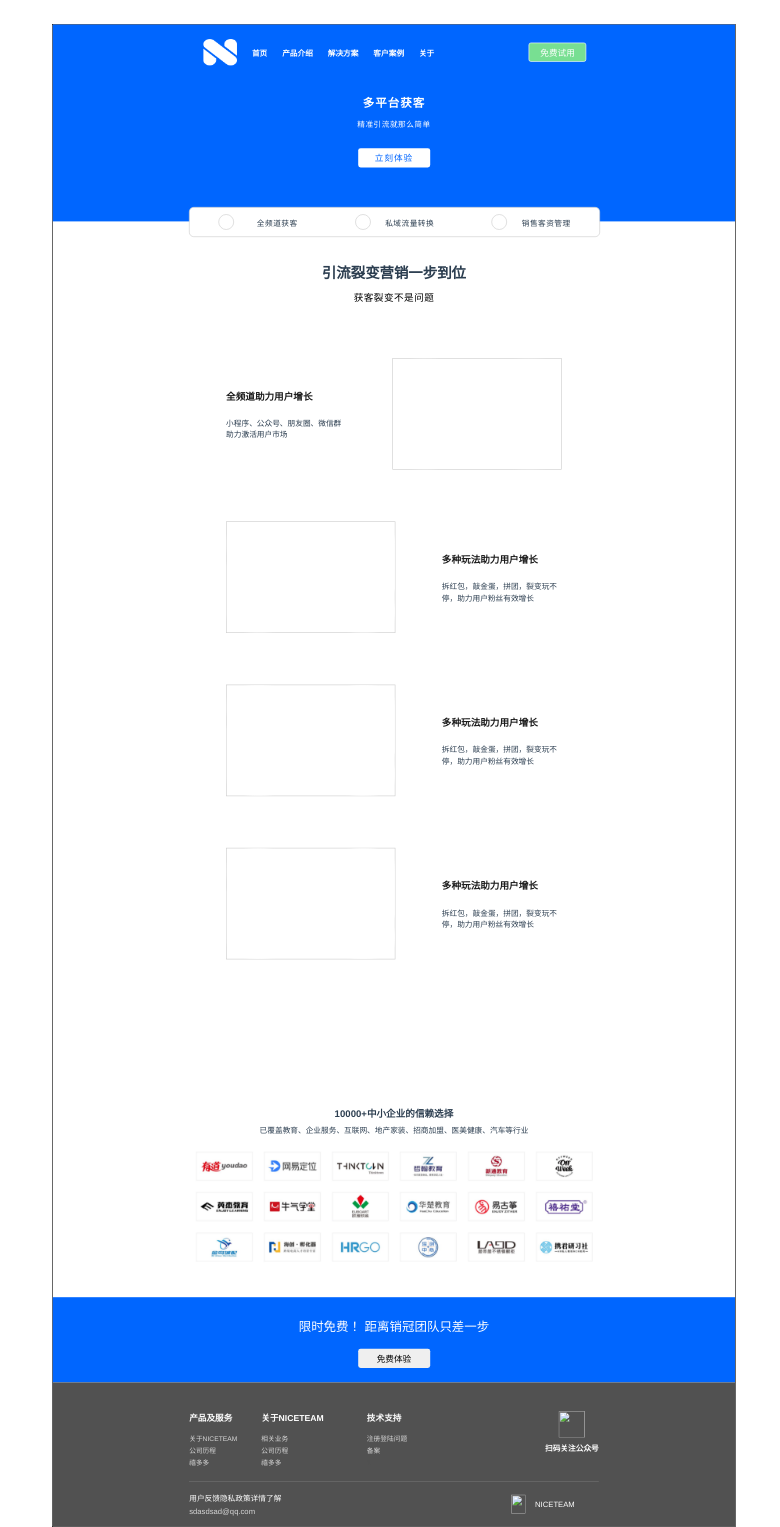
Repository: Alex-2020-0211/xrkj-guanwang
Page: /#/productintroduction (app in src/)
The author's editor kept a copy of each file at every save. The page is drawn from the files as they stood at one save, then again after the next save.
The browser window is 1280 px wide. The page is 1300 px wide, so the pictures cover 1300 px, including what lies to the right of the window. The pictures show the whole page, at 60% of full size.
The project was rebuilt for these pictures with package versions that can differ from the ones it lists, and the page was loaded fresh each time. Also part of the build but not shown: src/src/components/Header.vue, src/src/views/Home.vue.

Above is the page before, as saved 2021-01-07 18:18:37.

### src/public/index.html
<!DOCTYPE html>
<html lang="en">
  <head>
    <meta charset="utf-8">
    <meta http-equiv="X-UA-Compatible" content="IE=edge">
    <meta name="viewport" content="width=device-width,initial-scale=1.0">
    <link rel="icon" href="<%= BASE_URL %>favicon.ico">
    <title><%= htmlWebpackPlugin.options.title %></title>
  </head>
  <body>
    <noscript>
      <strong>We're sorry but <%= htmlWebpackPlugin.options.title %> doesn't work properly without JavaScript enabled. Please enable it to continue.</strong>
    </noscript>
    <div id="app"></div>
    <!-- built files will be auto injected -->
  </body>
  <script>
    (function(){
      var html = document.documentElement;
      function onWindowResize(){
        html.style.fontSize = html.getBoundingClientRect().width / 16 + 'px';
      }
      window.addEventListener('resize',onWindowResize);
      onWindowResize();
    })();
  </script>
</html>

### src/src/main.js
import Vue from 'vue'
import { Image, Carousel, CarouselItem, Popover, Button } from 'element-ui'
import App from './App.vue'
import router from './router'
import store from './store'

import "../src/assets/css/reset.css"

Vue.use( Image )
Vue.use( Carousel )
Vue.use( CarouselItem )
Vue.use( Popover )
Vue.use( Button )

Vue.config.productionTip = false

new Vue({
  router,
  store,
  render: h => h(App)
}).$mount('#app')

### src/src/App.vue
<template>
  <div id="app" v-cloak>
    <router-view />
  </div>
</template>

<style lang="scss">
[v-cloak] {
  display: none !important;
}
html {
  width: 100%;
  height: 100%;
}
body {
  width: 100%;
  height: 100%;
}
#app {
  font-family: Avenir, Helvetica, Arial, sans-serif;
  -webkit-font-smoothing: antialiased;
  -moz-osx-font-smoothing: grayscale;
  text-align: center;
  color: #2c3e50;
  width: 100%;
  height: 100%;
}
</style>

### src/src/router/index.js
import Vue from 'vue'
import VueRouter from 'vue-router'
import Home from '../views/Home.vue'

Vue.use(VueRouter)

const routes = [{
    path: '/',
    name: 'Home',
    component: Home
  },
  {
    path: '/productintroduction',
    name: 'ProductIntroduction',
    component: () => import( /* webpackChunkName: "about" */ '../views/ProductIntroduction.vue')
  },
  {
    path: '/solutions',
    name: 'Solutions',
    component: () => import( /* webpackChunkName: "about" */ '../views/solutions/Solutions.vue'),
  },
  {
    path: '/getcustomer', //以“/”开头的嵌套路径会被当作根路径，所以子路由上不用加“/”;在生成路由时，主路由上的path会被自动添加到子路由之前，所以子路由上的path不用在重新声明主路由上的path了。
    name: 'GetCustomer',
    component: () => import( /* webpackChunkName: "about" */ '../views/solutions/GetCustomer.vue')
  },
  // {
  //   path: '/connect',
  //   name: 'Connect',
  //   component: () => import( /* webpackChunkName: "about" */ '../views/solutions/Connect.vue')
  // },
  {
    path: '/transform',
    name: 'Transform',
    component: () => import( /* webpackChunkName: "about" */ '../views/solutions/Transform.vue')
  },
  {
    path: '/manage',
    name: 'Manage',
    component: () => import( /* webpackChunkName: "about" */ '../views/solutions/Manage.vue')
  },
  {
    path: '/customercase',
    name: 'CustomerCase',
    component: () => import( /* webpackChunkName: "about" */ '../views/CustomerCase.vue')
  },
  {
    path: '/aboutus',
    name: 'AboutUs',
    component: () => import( /* webpackChunkName: "about" */ '../views/AboutUs.vue')
  },
  {
    path: '*',
    name: 'NotFound',
    component: () => import( /* webpackChunkName: "about" */ '../views/NotFound.vue')
  },
]

const router = new VueRouter({
  routes
})

export default router

### src/src/assets/css/reset.css
html {
    overflow-x: auto;
    overflow-y: scroll;
}

body,
dl,
dt,
dd,
ul,
ol,
li,
pre,
form,
fieldset,
input,
p,
blockquote,
th,
td {
    font-weight: 400;
    margin: 0;
    padding: 0;
}

h1,
h2,
h3,
h4,
h4,
h5 {
    margin: 0;
    padding: 0;
}

body {
    background-color: #FFFFFF;
    color: #666666;
    font-family: Helvetica, Arial, sans-serif;
    font-size: 12px;
    padding: 0 10px;
    text-align: left;
}

select {
    font-size: 12px;
}

table {
    border-collapse: collapse;
}

fieldset,
img {
    border: 0 none;
}

fieldset {
    margin: 0;
    padding: 0;
}

fieldset p {
    margin: 0;
    padding: 0 0 0 8px;
}

legend {
    display: none;
}

address,
caption,
em,
strong,
th,
i {
    font-style: normal;
    font-weight: 400;
}

table caption {
    margin-left: -1px;
}

hr {
    border-bottom: 1px solid #FFFFFF;
    border-top: 1px solid #E4E4E4;
    border-width: 1px 0;
    clear: both;
    height: 2px;
    margin: 5px 0;
    overflow: hidden;
}

ol,
ul {
    list-style-image: none;
    list-style-position: outside;
    list-style-type: none;
}

caption,
th {
    text-align: left;
}

q:before,
q:after,
blockquote:before,
blockquote:after {
    content: ””;
}

### src/src/views/ProductIntroduction.vue
<template>
  <div class="productintroduction">
    <div class="border">
      <!-- 头部 -->
      <div class="header">
        <div class="headerTop">
          <p class="bar">
            <img class="logo" src="../assets/img/logo.png" alt />
            <a href="http://localhost:8080/#/">首页</a>
            <a href="http://localhost:8080/#/productintroduction">产品介绍</a>
            <a href="http://localhost:8080/#/solutions">解决方案</a>
            <a href="http://localhost:8080/#/customercase">客户案例</a>
            <a href="http://localhost:8080/#/aboutus">关于</a>
          </p>
          <button class="mianfei">免费试用</button>
        </div>
        <div class="headerMain">
          <div class="theme">
            <dl>
              <dt>多平台获客</dt>
              <dd>精准引流就那么简单</dd>
            </dl>
            <button class="knowMore" @click="goAbout()">立刻体验</button>
          </div>
        </div>
      </div>
      <!-- 导航 -->
      <div class="nav">
        <div class="nav-item">
          <p class="nav-circle"></p>
          <span>全频道获客</span>
        </div>
        <div class="nav-item">
          <p class="nav-circle"></p>
          <span>私域流量转换</span>
        </div>
        <div class="nav-item">
          <p class="nav-circle"></p>
          <span>销售客资管理</span>
        </div>
      </div>
      <!-- OneStop -->
      <div class="oneStop">
        <div class="top">
          <h5>引流裂变营销一步到位</h5>
          <p class="question">
            获客裂变不是问题
          </p>
          <div class="case">
            <dl>
              <dt>全频道助力用户增长</dt>
              <dd>小程序、公众号、朋友圈、微信群助力激活用户市场</dd>
            </dl>
            <img src="../assets/img/logo.png" />
          </div>
          <div class="case">
            <img src="../assets/img/logo.png" />
            <dl>
              <dt>多种玩法助力用户增长</dt>
              <dd>拆红包，敲金蛋，拼团，裂变玩不停，助力用户粉丝有效增长</dd>
            </dl>
          </div>
          <div class="case">
            <img src="../assets/img/logo.png" />
            <dl>
              <dt>多种玩法助力用户增长</dt>
              <dd>拆红包，敲金蛋，拼团，裂变玩不停，助力用户粉丝有效增长</dd>
            </dl>
          </div>
          <div class="case">
            <img src="../assets/img/logo.png" />
            <dl>
              <dt>多种玩法助力用户增长</dt>
              <dd>拆红包，敲金蛋，拼团，裂变玩不停，助力用户粉丝有效增长</dd>
            </dl>
          </div>
        </div>
        <div class="bottom">
          <div class="comer">
            <dl>
              <dt>10000+中小企业的信赖选择</dt>
              <dd>
                已覆盖教育、企业服务、互联网、地产家装、招商加盟、医美健康、汽车等行业
              </dd>
            </dl>
            <img src="../assets/img/comer.png" alt="" />
          </div>
        </div>
      </div>
      <!-- 底部 -->
      <Footer :footerData="footerData" />
    </div>
  </div>
</template>

<script>
// import Header from "../components/Header";
import Footer from "../components/Footer";

export default {
  name: "ProductIntroduction",
  components: {
    // Header,
    Footer,
  },
  data() {
    return {
      url: require("../assets/img/fuli.png"),
      headerData: {
        free: "免费试用",
        title: "管理也能玩出味 ?",
        content: "",
        detail:
          "NICETEAM : 让管理不再沉闷，工作玩味不停，全国上千家中小企业的销售福星",
        immediately: "立即咨询",
        path: "1",
      },
      footerData: {
        title: "限时免费！ 距离销冠团队只差一步",
      },
    };
  },
  methods: {
    goAbout() {
      this.$router.replace("/aboutus");
    },
  },
};
</script>

<style lang="scss" scoped>
.productintroduction {
  font-size: 0.16rem;
  .border {
    width: 88.88%;
    margin-top: 0.5rem;
    margin-left: 6%;
    border: 0.01rem solid #000;
    // 头部
    .header {
      width: 100%;
      height: 4.1rem;
      color: #fff;
      background-color: #06f;
      .headerTop {
        width: 60%;
        margin-left: 21%;
        padding-top: 0.3rem;
        display: flex;
        justify-content: space-between;
        align-items: center;
        .logo {
          width: 0.7rem;
          height: 0.55rem;
        }
        .bar {
          width: 60%;
          font-weight: bold;
          display: flex;
          justify-content: space-around;
          align-items: center;
          a {
            text-decoration: none;
          }
          a:link {
            color: #fff;
          }
          a:visited {
            color: #fff;
          }
        }
        .mianfei {
          width: 1.2rem;
          height: 0.4rem;
          font-size: 0.18rem;
          color: #fff;
          border: 0.01rem solid #fff;
          border-radius: 0.05rem;
          background-color: #78df92;
          margin-right: 0.4rem;
          outline: none;
        }
        .mianfei:active {
          border: 0.01rem solid #06f;
        }
      }
      .headerMain {
        width: 60%;
        height: 2.7rem;
        margin-left: 20%;
        display: flex;
        justify-content: space-around;
        align-items: center;
        dl {
          dt {
            font-size: 0.24rem;
            font-weight: bold;
            text-align: center;
            margin-bottom: 0.15rem;
            letter-spacing: 0.02rem;
          }
          dd {
            font-size: 0.16rem;
            letter-spacing: 0.01rem;
            text-align: left;
            margin-bottom: 0.4rem;
          }
        }
        .knowMore {
          width: 1.5rem;
          height: 0.4rem;
          color: #06f;
          font-size: 0.18rem;
          letter-spacing: 0.02rem;
          background-color: #fff;
          border: 0;
          border-radius: 0.05rem;
        }
      }
    }
    // 导航
    .nav{
      width: 60%;
      margin-left: 20%;
      margin-top: -0.3rem;
      height: 0.6rem;
      display: flex;
      justify-content: space-between;
      align-items: center;
      background-color: #fff;
      border: 0.01rem solid #ccc;
      border-radius: 0.1rem;
      .nav-item{
        width: 20%;
        margin-left: 7%;
        margin-right: 7%;
        display: flex;
        justify-content: space-between;
        align-items: center;
        .nav-circle{
          width: 0.3rem;
          height: 0.3rem;
          border: 0.02rem solid #ccc;
          border-radius: 50%;
        }
        span{
          letter-spacing: 0.01rem;
        }
      }
    }
    // OneStop
    .oneStop {
      .top {
        h5 {
          font-size: 0.3rem;
          display: block;
          padding-top: 0.5rem;
          padding-bottom: 0.15rem;
        }
        .question {
          width: 40%;
          margin-left: 30%;
          color: #000;
          font-size: 0.2rem;
          margin-bottom: 0.6rem;
          letter-spacing: 0.01rem;
        }
        .case {
          width: 56%;
          margin-left: 22%;
          height: 3.4rem;
          display: flex;
          justify-content: space-around;
          align-items: center;
          img {
            width: 3.5rem;
            height: 2.3rem;
            border: 1px solid #ccc;
          }
          dl {
            height: 40%;
            display: flex;
            flex-direction: column;
            justify-content: space-around;
            dt {
              text-align: left;
              font-size: 0.2rem;
              font-weight: bold;
              color: #1b1b1b;
            }
            dd {
              width: 2.5rem;
              text-align: left;
            }
          }
        }
      }
      .bottom {
        margin-top: 2.5rem;
        margin-bottom: 0.5rem;
        .comer {
          margin-top: 0.15rem;
          dl {
            margin-bottom: 0.2rem;
            dt {
              font-size: 0.2rem;
              font-weight: bold;
              margin-bottom: 0.1rem;
            }
          }
          img {
            width: 8.6rem;
          }
        }
      }
    }
  }
}
</style>

### src/src/components/Footer.vue
<template>
  <div class="footer">
    <div class="footerTop">
      <h5>{{ footerData.title }}</h5>
      <button>免费体验</button>
    </div>
    <div class="footerBottom">
      <div class="detail">
        <div class="left">
          <dl>
            <dt>产品及服务</dt>
            <dd>关于NICETEAM</dd>
            <dd>公司历程</dd>
            <dd>禧多多</dd>
          </dl>
          <dl>
            <dt>关于NICETEAM</dt>
            <dd>相关业务</dd>
            <dd>公司历程</dd>
            <dd>禧多多</dd>
          </dl>
          <dl class="jishu">
            <dt>技术支持</dt>
            <dd>注册登陆问题</dd>
            <dd style="margin-bottom: 0.09rem;">备案</dd>
            <dd style="color: #515151">1</dd>
          </dl>
        </div>
        <div class="right">
          <img src="" alt="" />
          <p>扫码关注公众号</p>
        </div>
      </div>
      <p class="line"></p>
      <div class="bottom">
        <dl>
          <dt>
            <span>用户反馈</span><span>隐私政策</span><span>详情了解</span>
          </dt>
          <dd>sdasdsad@qq.com</dd>
        </dl>
        <p><img src="" alt="" /><span>NICETEAM</span></p>
      </div>
    </div>
  </div>
</template>

<script>
export default {
  name: "Footer",
  props: {
    footerData: {
      type: Object,
    },
  },
  data() {
    return {};
  },
  methods: {},
};
</script>

<style scoped lang="scss">
// 底部
.footer {
  height: 4.78rem;
  .footerTop {
    height: 1.78rem;
    background-color: #06f;
    h5 {
      font-size: 0.26rem;
      font-weight: normal;
      color: #fff;
      padding-top: 0.4rem;
      padding-bottom: 0.3rem;
    }
    button {
      // display: flex;
      width: 1.5rem;
      height: 0.4rem;
      line-height: 0.4rem;
      font-size: 0.18rem;
      border: 0;
      border-radius: 0.05rem;
    }
  }
  .footerBottom {
    height: 3rem;
    background-color: #515151;
    color: #fff;
    .detail {
      width: 60%;
      margin-left: 20%;
      padding-top: 0.6rem;
      display: flex;
      justify-content: space-between;
      .left {
        dl {
          display: inline-block;
          margin-right: 0.5rem;
          dt {
            font-weight: bold;
            font-size: 0.18rem;
            text-align: left;
            margin-bottom: 0.2rem;
          }
          dd {
            text-align: left;
            font-size: 0.14rem;
            margin-bottom: 0.05rem;
            color: #d7d7d7;
          }
        }
        .jishu {
          margin-left: 0.4rem;
        }
      }
      .right {
        img {
          width: 0.55rem;
          height: 0.55rem;
        }
        p {
          font-weight: bold;
          margin-top: 0.05rem;
        }
      }
    }
    .line {
      width: 60%;
      margin-left: 20%;
      border-bottom: 0.02rem solid #727272;
      margin-top: 0.25rem;
      margin-bottom: 0.2rem;
    }
    .bottom {
      width: 60%;
      margin-left: 20%;
      display: flex;
      justify-content: space-between;
      dl {
        dt {
          margin-bottom: 0.08rem;
        }
        dd {
          text-align: left;
          color: #d7d7d7;
        }
      }
      p {
        margin-right: 0.5rem;
        display: flex;
        align-items: center;
        img {
          width: 0.3rem;
          height: 0.4rem;
          margin-right: 0.2rem;
        }
      }
    }
  }
}
</style>

Loaded but not shown: src/src/store/index.js (common file)

After the next save:
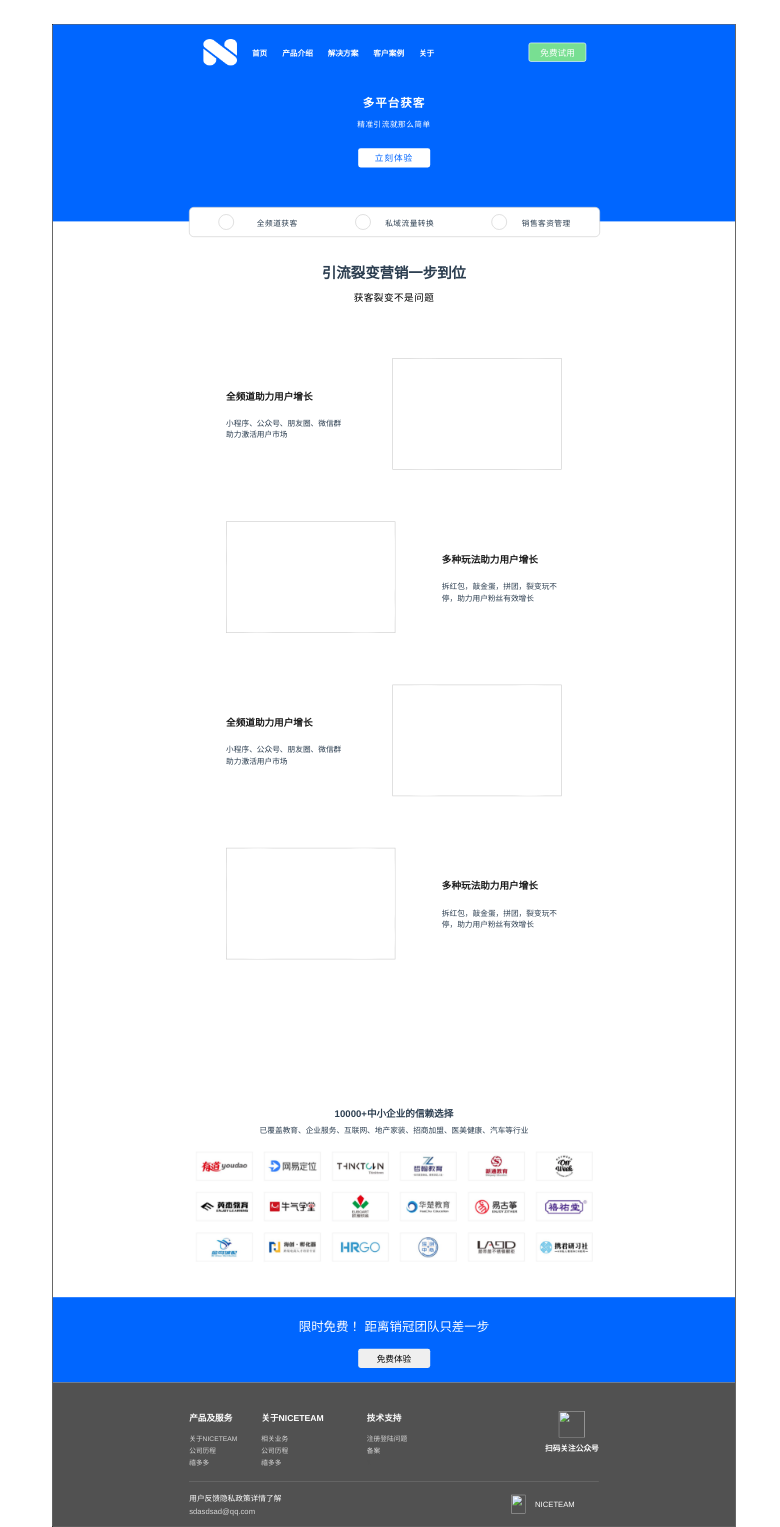
Saved 47 s later.
--- a/src/src/views/ProductIntroduction.vue
+++ b/src/src/views/ProductIntroduction.vue
@@ -61,11 +61,11 @@
             </dl>
           </div>
           <div class="case">
+            <dl>
+              <dt>全频道助力用户增长</dt>
+              <dd>小程序、公众号、朋友圈、微信群助力激活用户市场</dd>
+            </dl>
             <img src="../assets/img/logo.png" />
-            <dl>
-              <dt>多种玩法助力用户增长</dt>
-              <dd>拆红包，敲金蛋，拼团，裂变玩不停，助力用户粉丝有效增长</dd>
-            </dl>
           </div>
           <div class="case">
             <img src="../assets/img/logo.png" />
